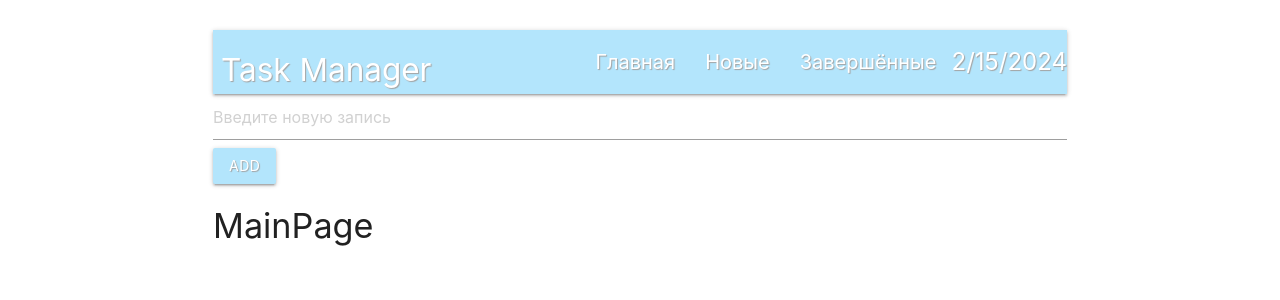
Repository: iveivs/myReactTaskManager
Page: /
An editor plug-in stored every save of this project. The page is shown before and after a run of saves, followed by the edit.
The browser window is 1280 px wide. The pictures show the whole page.
The project was rebuilt for these pictures with package versions that can differ from the ones it lists, and the page was loaded fresh each time. Also part of the build but not shown: vite.config.js, src/components/DoneTasks.jsx, src/components/NewTasks.jsx.

Above is the page before, as saved 2024-02-15 15:12:33.

After the next 2 saves:
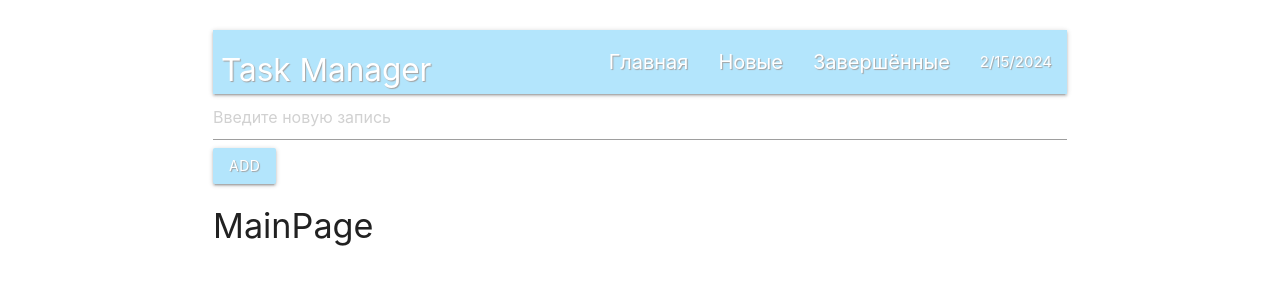
The 2 saves are shown as one change because they came seconds apart.
The last was saved 13 s later.
--- a/src/components/Header.jsx
+++ b/src/components/Header.jsx
@@ -19,12 +19,12 @@ export default function Header() {
                     <li>
                         <Link style={{fontSize: '20px'}} to="/done">Завершённые</Link>
                     </li>
-                    {/* <li >
+                    <li >
                         <Link> {<DateElement  />}</Link>
+                    </li>
+                    {/* <li style={{fontSize: '10px'}}>
+                        <DateElement  />
                     </li> */}
-                    <li style={{fontSize: '10px'}}>
-                        <DateElement  />
-                    </li>
 
                 </ul>
 
